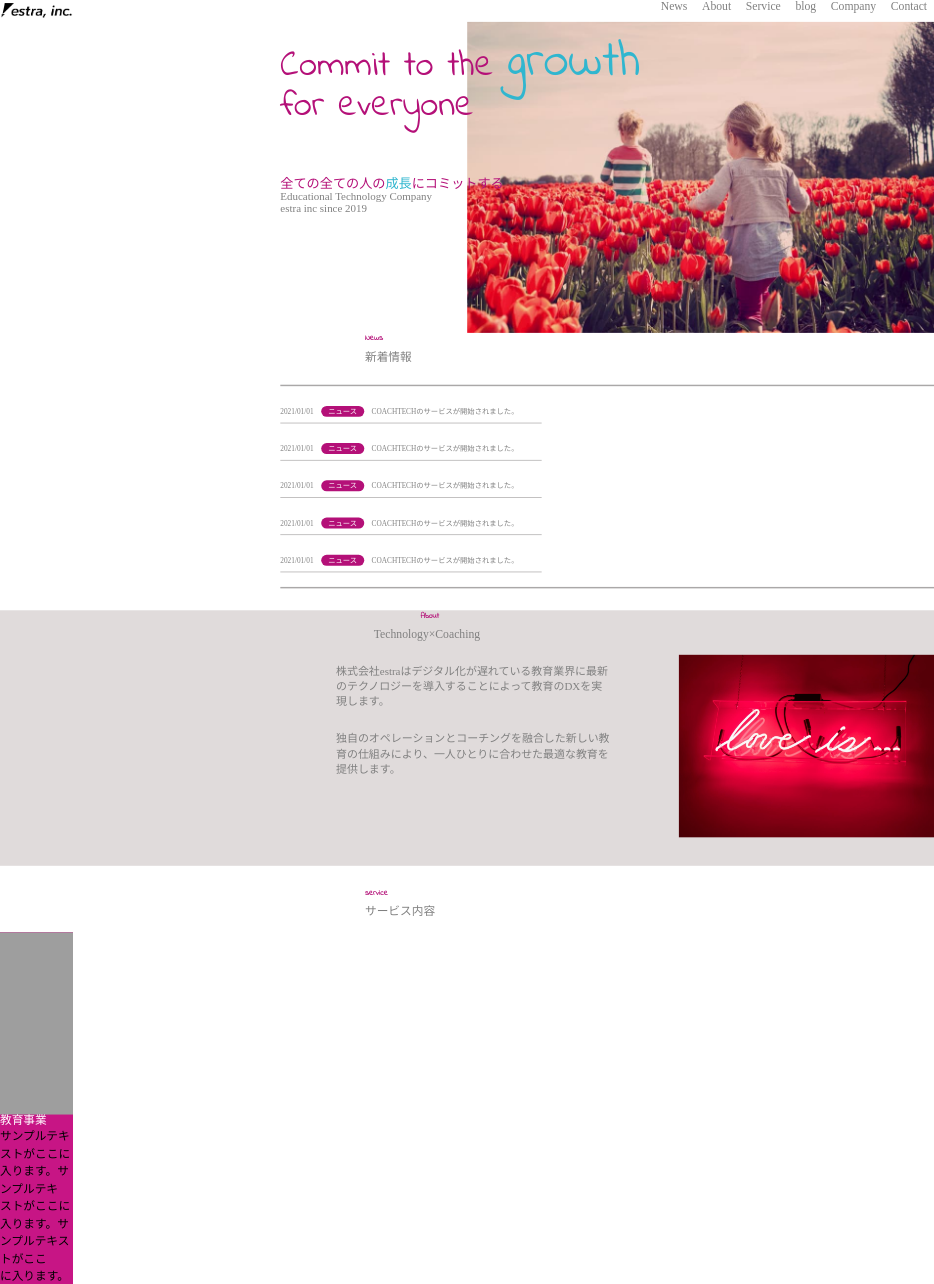
Repository: sigemasaasuka/20210902
Page: index.html
An editor plug-in stored every save of this project. The page is shown before and after a run of saves, followed by the edit.
The browser window is 1280 px wide. The pictures show the whole page, at 73% of full size.
Pictures or frames that could not be fetched are drawn as grey boxes.

Above is the page before, as saved 2021-09-25 20:52:43.

### index.html
<!DOCTYPE html>
<html lang="ja">

<head>
  <meta charset="UTF-8">
  <meta name="viewport" content="width=device-width, initial-scale=1.0">
  <title>Document</title>
  <link rel="stylesheet" href="css/style.css">
  <link rel="stylesheet" href="css/reset.css">
  <link rel="preconnect" href="https://fonts.googleapis.com">
  <link rel="preconnect" href="https://fonts.gstatic.com" crossorigin>
  <link href="https://fonts.googleapis.com/css2?family=Indie+Flower&display=swap" rel="stylesheet">
</head>

<body>
  <div class="flex">
    <div class="logo">
      <img src="img/img/estra_logo.png" alt="estra_logo" width="100px" height="30px">
    </div>
    <div class="parent">
      <div class="child">News</div>
      <div class="child">About</div>
      <div class="child">Service</div>
      <div class="child">blog</div>
      <div class="child">Company</div>
      <div class="child">Contact</div>

    </div>
  </div>
  <div class="relative">
    <img class="relative__img" src="img/img/firstview.jpg" alt="firstview">
    <div class="example">
      <h1>Commit to the <span class="document"> growth</span> <br>for everyone</h1>
    </div>
    <div class="second">
      <h3>全ての全ての人の<span class="second-txt">成長</span>にコミットする</h3>
      <p class="subtitle">Educational Technology Company<br>estra inc since 2019</p>
    </div>
  </div>
  <div class="smlltitle">
    <h6>News</h6>
  </div>
  <div class="list">
    <h3>新着情報</h3>
  </div>
  <div class="local">
    <div class="info">
      <p>
        2021/01/01　<a class="practice__btn">ニュース</a>　COACHTECHのサービスが開始されました。
      </p>
    </div>
    <div class="info">
      <p>
        2021/01/01　<a class="practice__btn">ニュース</a>　COACHTECHのサービスが開始されました。
      </p>
    </div>
    <div class="info">
      <p>
        2021/01/01　<a class="practice__btn">ニュース</a>　COACHTECHのサービスが開始されました。
      </p>
    </div>
    <div class="info">
      <p>
        2021/01/01　<a class="practice__btn">ニュース</a>　COACHTECHのサービスが開始されました。
      </p>
    </div>
    <div class="info">
      <p>
        2021/01/01　<a class="practice__btn">ニュース</a>　COACHTECHのサービスが開始されました。
      </p>
    </div>
  </div>
  <div class="colored">
    <div class="smlltitle-2">
      <h6>About</h6>
    </div>
    <div class="list-2">
      <h3>Technology×Coaching</h3>
    </div>
    <div class="flex">
    <div class="info-txt">
      <div class="relate">
        株式会社estraはデジタル化が遅れている教育業界に最新のテクノロジーを導入することによって教育のDXを実現します。
      </div>
      <div class="relate-txt">
        独自のオペレーションとコーチングを融合した新しい教育の仕組みにより、一人ひとりに合わせた最適な教育を提供します。
      </div>

    </div>
      <div class="about">
        <img class="picture__img" src="img/img/about.jpg" alt="about">
      </div>
  </div>
  </div>

  <div class="service">
  <div class="smlltitle-3">
    <h6>service</h6>
  </div>
  <div class="list-3">
    <h3>サービス内容</h3>
  </div>
  <div class="colored2">
  <div class="photo">
    <img class="service__img" src="img/img/service__fitst.svg" alt="service">
  </div>
  <div class="title">
    <h3>教育事業</h3>
   </div>
  <div class="explain">
    サンプルテキストがここに入ります。サンプルテキ<br>ストがここに入ります。サンプルテキストがここ<br>に入ります。
  </div>
</div>
</div>


</body>

</html>

### css/style.css
.img {
  text-align: left;
}

.parent {
  display: flex;
  justify-content: space-between;
  color: gray;
}

.child {
  margin: 0 10px;
  font-weight: lighter;
}

.logo {
  width: 100px;
}
.flex {
  display: flex;
  justify-content: space-between;
  height: 30px;
}

.relative {
  position: relative;
}

.relative__img {
  margin: 0 0 0 auto;
  display: block;
  width: 50%;
}

.example {
  position: absolute;
  top: 5%;
  left: 30%;
  font-size: 50px;
  color: #b41078;
  font-family: "Indie Flower", cursive;
}

.document {
  top: 5%;
  left: 30%;
  font-size: 70px;
  color: #30b6cf;
  font-family: "Indie Flower", cursive;
}

.second {
  position: absolute;
  top: 50%;
  left: 30%;
  font-size: 18px;
  color: #b41078;
}

.second-txt {
  top: 50%;
  left: 30%;
  font-size: 18px;
  color: #30b6cf;
}

.subtitle {
  margin: 0;
  font-size: 15px;
  color: gray;
  font-weight: lighter;
}

.smlltitle {
  color: #b41078;
  font-family: "Indie Flower", cursive;
  margin-left: 500px;
}

.list {
  color: gray;
  margin-left: 500px;
  margin-top: 10px;
}

.local {
  margin-top: 30px;
  margin-left: 30%;
  margin-right: 30px;
  border-color: rgb(170, 168, 168);
  border-top: solid 2px rgb(170, 168, 168);
  border-bottom: solid 2px rgb(170, 168, 168);
  width: 70%;
}

.info {
  margin-bottom: 20px;
  border-width: 0 0 1px 0;
  border-style: solid;
  line-height: 30px;
  border-color: rgb(173, 171, 171);
  margin-top: 20px;
  padding-left: 0;
  font-size: 10px;
  color: gray;
  width: 40%;
}

.practice__btn {
  width: 100px;
  padding: 2px 10px;
  color: #fff;
  border-radius: 30px;
  background-color: #b41078;
  text-align: center;
  margin: 0 auto 0;
}

.colored {
  height: 350px;
  background-color: rgb(224, 219, 219);
  margin-top: 30px;
}
.smlltitle-2 {
  color: #b41078;
  font-family: "Indie Flower", cursive;
  margin-left: 45%;
}

.list-2 {
  color: gray;
  margin-left: 40%;
  margin-top: 10px;
}

.relate {
  color: gray;
  font-size: 15px;
  margin-left: 55%;
  margin-top: 30px;
}

.relate-txt {
  color: gray;
  font-size: 15px;
  margin-left: 55%;
  margin-top: 30px;
}

.picture__img {
  margin-top: 20px;
  width: 350px;
  height: 250px;
}

.smlltitle-3 {
  color: #b41078;
  font-family: "Indie Flower", cursive;
  margin-left: 500px;
  margin-top: 30px;
}

.list-3 {
  color: gray;
  margin-left: 500px;
  margin-top: 10px;
}
.colored2 {
  background-color: #c71585;
  margin-top: 20px;
  width: 100px;

}

.service__img {
  width: 350px;
  height: 250px;
}

.title {
  color: #fff;
}

.photo {
  font-size: 15px;
  color: #fff;
}

### css/reset.css
@charset "UTF-8";
html,
body,
div,
span,
applet,
object,
iframe,
h1,
h2,
h3,
h4,
h5,
h6,
p,
blockquote,
pre,
a,
abbr,
acronym,
address,
big,
cite,
code,
del,
dfn,
em,
img,
ins,
kbd,
q,
s,
samp,
small,
strike,
strong,
sub,
sup,
tt,
var,
b,
u,
i,
center,
dl,
dt,
dd,
ol,
ul,
li,
fieldset,
form,
label,
legend,
table,
caption,
tbody,
tfoot,
thead,
tr,
th,
td,
article,
aside,
canvas,
details,
embed,
figure,
figcaption,
footer,
header,
hgroup,
menu,
nav,
output,
ruby,
section,
summary,
time,
mark,
audio,
video {
  margin: 0;
  padding: 0;
  border: none;
  font-style: normal;
  text-align: left;
  zoom: 1;
}
article,
aside,
details,
figcaption,
figure,
footer,
header,
hgroup,
menu,
nav,
section {
  display: block;
}
table {
  border-collapse: collapse;
  font-family: inherit;
}
h1,
h2,
h3,
h4,
h5 {
  font-size: 100%;
  font-weight: normal;
  line-height: 1;
}
input,
textarea,
select {
  font-family: inherit;
  font-size: 16px;
}
input[type="button"],
input[type="text"],
input[type="submit"] {
  -webkit-appearance: none;
  border-radius: 0;
}
textarea {
  resize: none;
  -webkit-appearance: none;
  border-radius: 0;
}
th,
td {
  border-collapse: collapse;
}
table th,
table td {
  white-space: nowrap;
}
ul,
ol {
  list-style-type: none;
}
img {
  vertical-align: text-bottom;
  vertical-align: -webkit-baseline-middle;
  max-width: 100%;
  height: auto;
  width/***/: auto;
}

After the next 2 saves:
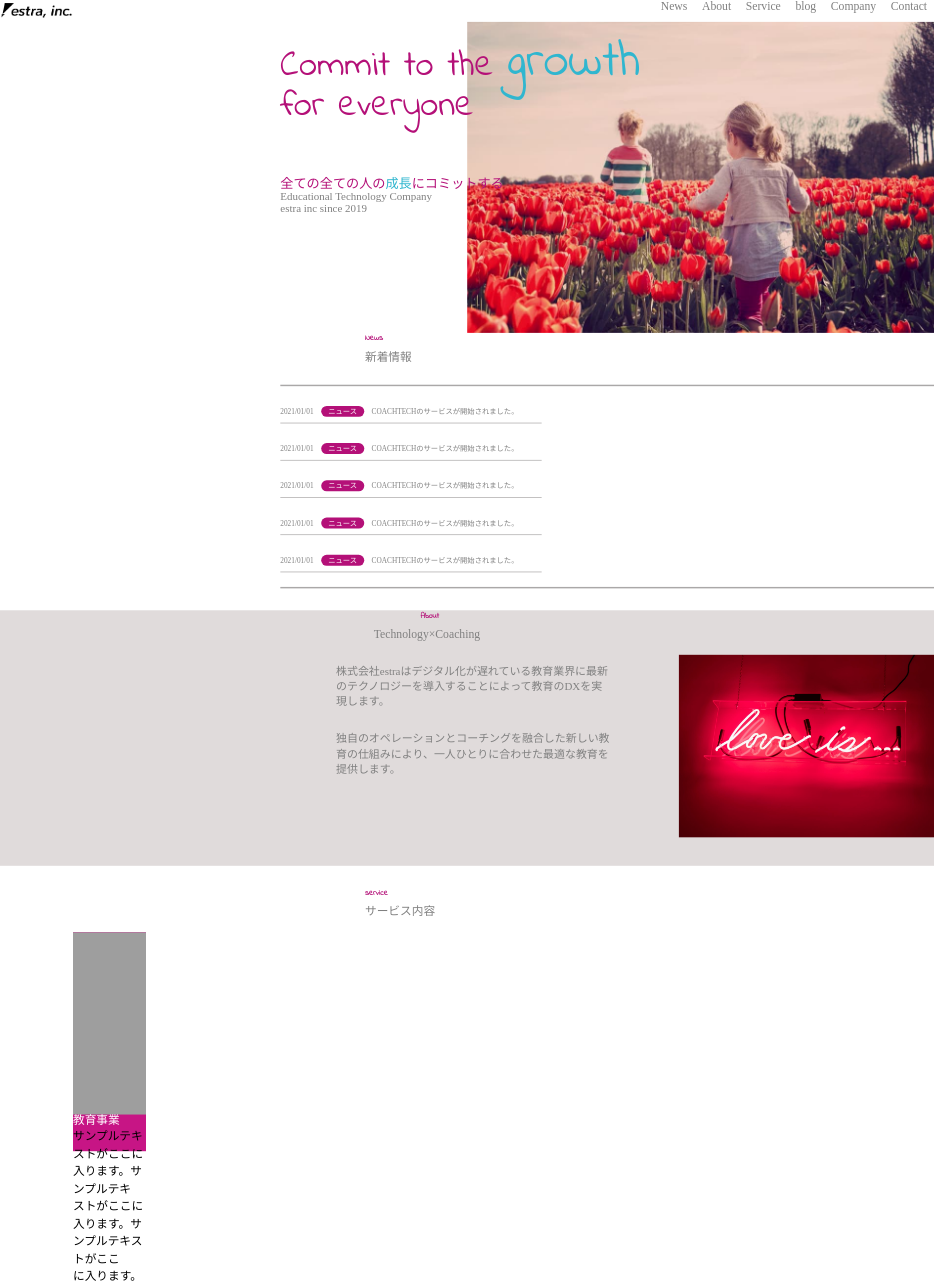
The 2 saves are shown as one change because they came seconds apart.
The last was saved 4 min 9 s later.
--- a/css/style.css
+++ b/css/style.css
@@ -168,6 +168,9 @@
 .colored2 {
   background-color: #c71585;
   margin-top: 20px;
+  margin-left: 100px;
+    width: 300px;
+    height: 300px;
   width: 100px;
 
 }
